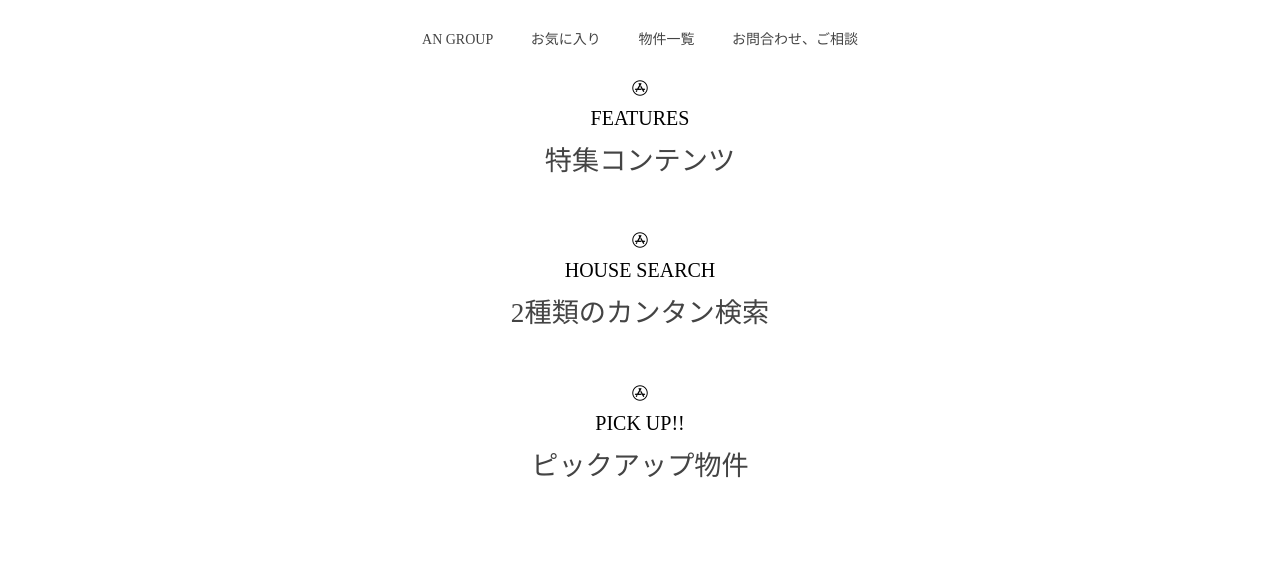
Repository: ninhdavid/real-estate
Page: index.html
The author's editor kept a copy of each file at every save. The page is drawn from the files as they stood at one save, then again after the next save.
The browser window is 1280 px wide. The pictures show the whole page.
Some web libraries are served in a nearby version. The style sheet was rebuilt from its Sass, Less or Tailwind sources for each picture, by a compiler version that may differ from the author's.

Above is the page before, as saved 2022-05-09 22:09:34.

### index.html
<!DOCTYPE html>
<html lang="en">

<head>
    <meta charset="UTF-8">
    <meta http-equiv="X-UA-Compatible" content="IE=edge">
    <meta name="viewport" content="width=device-width, initial-scale=1.0">
    <link rel="stylesheet" href="css/main.css">
    <script src="https://kit.fontawesome.com/691ec27588.js" crossorigin="anonymous"></script>
    <title>Document</title>
</head>

<body>
    <div class="main-container">
        <div class="header">
            <div class="img-header"></div>
        </div>
        <div class="main-nav">
            <ul id="nav">
                <li><a class="nav-img" href="#">
                        <!-- <img src="./asset/img/logo/logo-edited.png" alt=""> -->
                        AN GROUP
                    </a></li>
                <li><a href="#">お気に入り</a></li>
                <li><a href="#">物件一覧</a></li>
                <li><a href="#">お問合わせ、ご相談</a></li>
            </ul>
        </div>
        <div class="content">
            <div class="content-section">
                <div class="title-section">
                    <i class="fa-brands fa-app-store"></i>
                    <p>FEATURES</p>
                    <p>特集コンテンツ</p>
                </div>
                <div id="slider"> </div>
            </div>
            <div class="content-section">
                <div class="title-section">
                    <i class="fa-brands fa-app-store"></i>
                    <p>HOUSE SEARCH</p>
                    <p>2種類のカンタン検索</p>
                </div>
                <div></div>
            </div>
            <div class="content-section">
                <div class="title-section">
                    <i class="fa-brands fa-app-store"></i>
                    <p>PICK UP!!</p>
                    <p>ピックアップ物件</p>
                </div>
                <div></div>
            </div>
        </div>

    </div>



</body>
<script src="asset/java-script/chat-online.js"></script>

</html>

### css/main.scss


*{
    padding: 0;
    margin: 0;
    box-sizing: border-box;
}

.main-nav{
    // height: 85px;
    background-color: #fff;
    width: 100%;
    z-index:10;
    height: 5em;
    text-align: center;
}
#nav{
    display:inline-block;
}
#nav,
.subnav {
    list-style-type: none;
}
#nav > li{
    display:inline-block;
}
#nav  li{
    position: relative;
    top:11px;
}
#nav li a{
    display: block;
    text-decoration: none;
    line-height: 24px;
    font-size: 14px;
    padding: 1.2em;
}
#nav>li>a{
    color: rgb(68,68,68);
    text-transform: uppercase;
}
// .nav-img{
//     background-image: url("/asset/img/logo/logo-edited.png");
//     height:80px;
//     width: 100px;
//     padding: 5px 0;
//     background-position: center; /* Center the image */
//     background-repeat: no-repeat; /* Do not repeat the image */
//     background-size: cover;
// }

.content-section{
    display: block;
    text-align: center;
}
.title-section{

}
.title-section i {

}
.tittle-section p{
    font-weight: bold;
}
.title-section>p:nth-of-type(1){
    font-size: 1.25em;
    line-height: 1;
    padding: 10px 0;
}
.title-section p:nth-of-type(2){
    font-size: 1.7em;
    color: #444444;
    padding-bottom: 2em;
}

Loaded but not shown: asset/java-script/chat-online.js (no stored copy; drawn as an empty file)

After the next save:
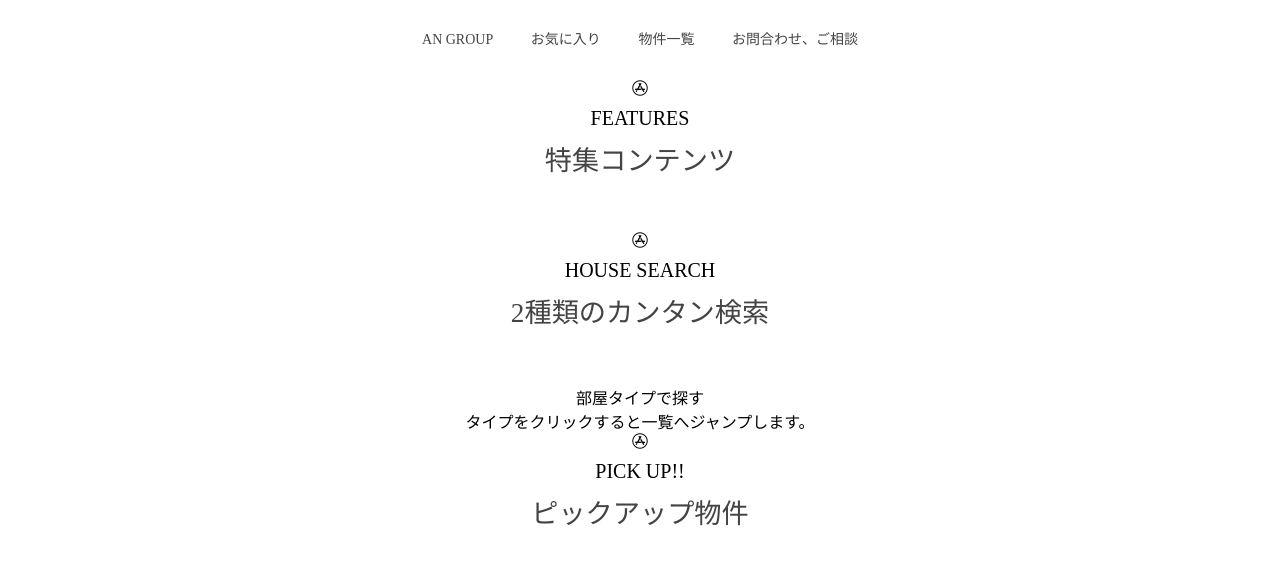
Saved 4 min 42 s later.
--- a/index.html
+++ b/index.html
@@ -41,7 +41,10 @@
                     <p>HOUSE SEARCH</p>
                     <p>2種類のカンタン検索</p>
                 </div>
-                <div></div>
+                <div>
+                    <p>部屋タイプで探す</p>
+                    <p>タイプをクリックすると一覧へジャンプします。</p>
+                </div>
             </div>
             <div class="content-section">
                 <div class="title-section">
